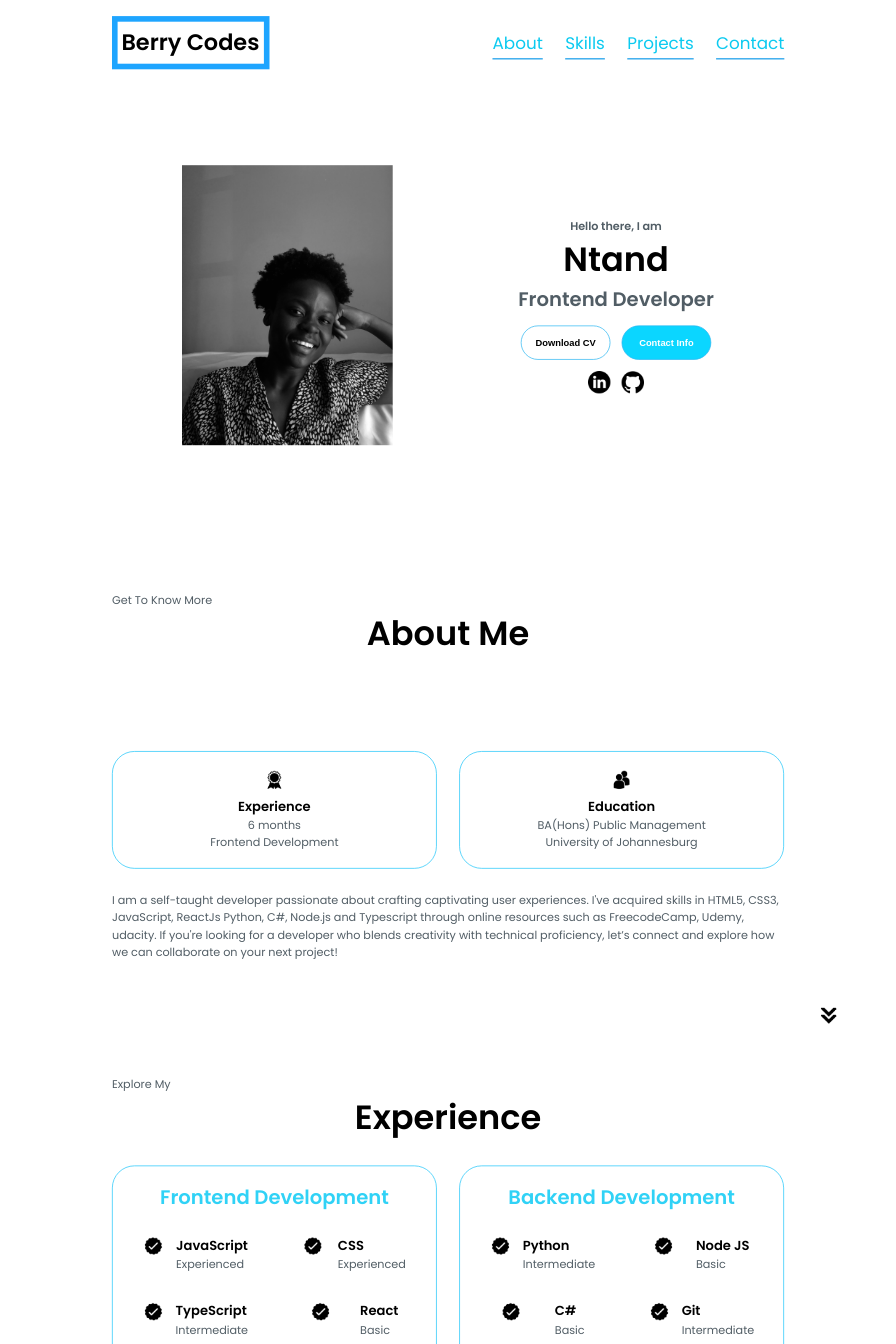
Repository: ntandomagana/FS-Dev-Portfolio
Page: index.html
The author's editor kept a copy of each file at every save. The page is drawn from the files as they stood at one save, then again after the next save.
The browser window is 1280 px wide. The pictures show the part of the page from y = 0 to 1920 px (the page is 3177 px tall), at 70% of full size.

Above is the page before, as saved 2024-05-06 11:35:22.

After the next save:
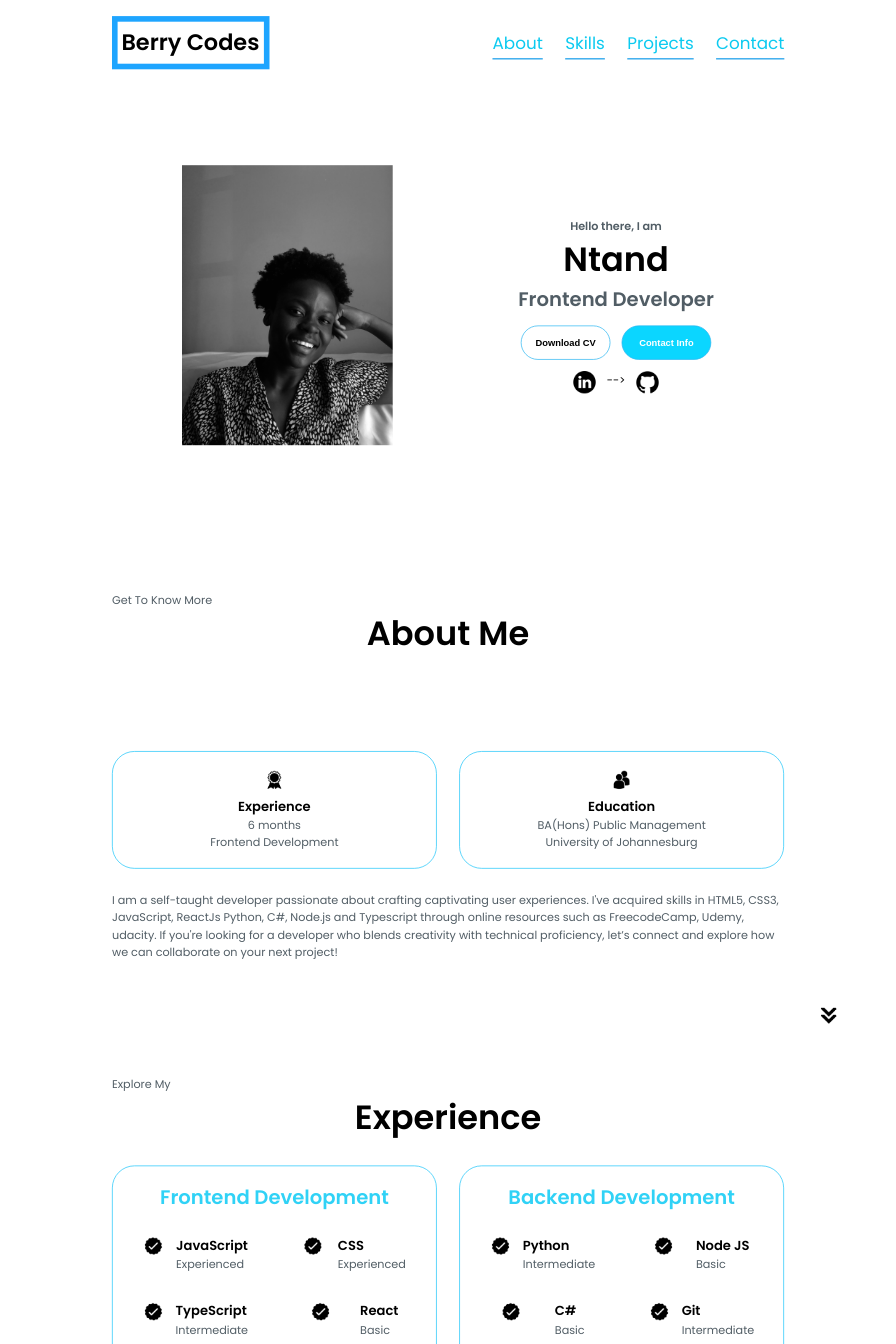
Saved 12 s later.
--- a/index.html
+++ b/index.html
@@ -71,7 +71,7 @@
             alt="My Twitter profile"
             class="icon"
             onclick="location.href='https://twitter.com/'"
-          />
+          /> -->
           <img
             src="./assets/github.png"
             alt="My Github profile"

After the save that followed:
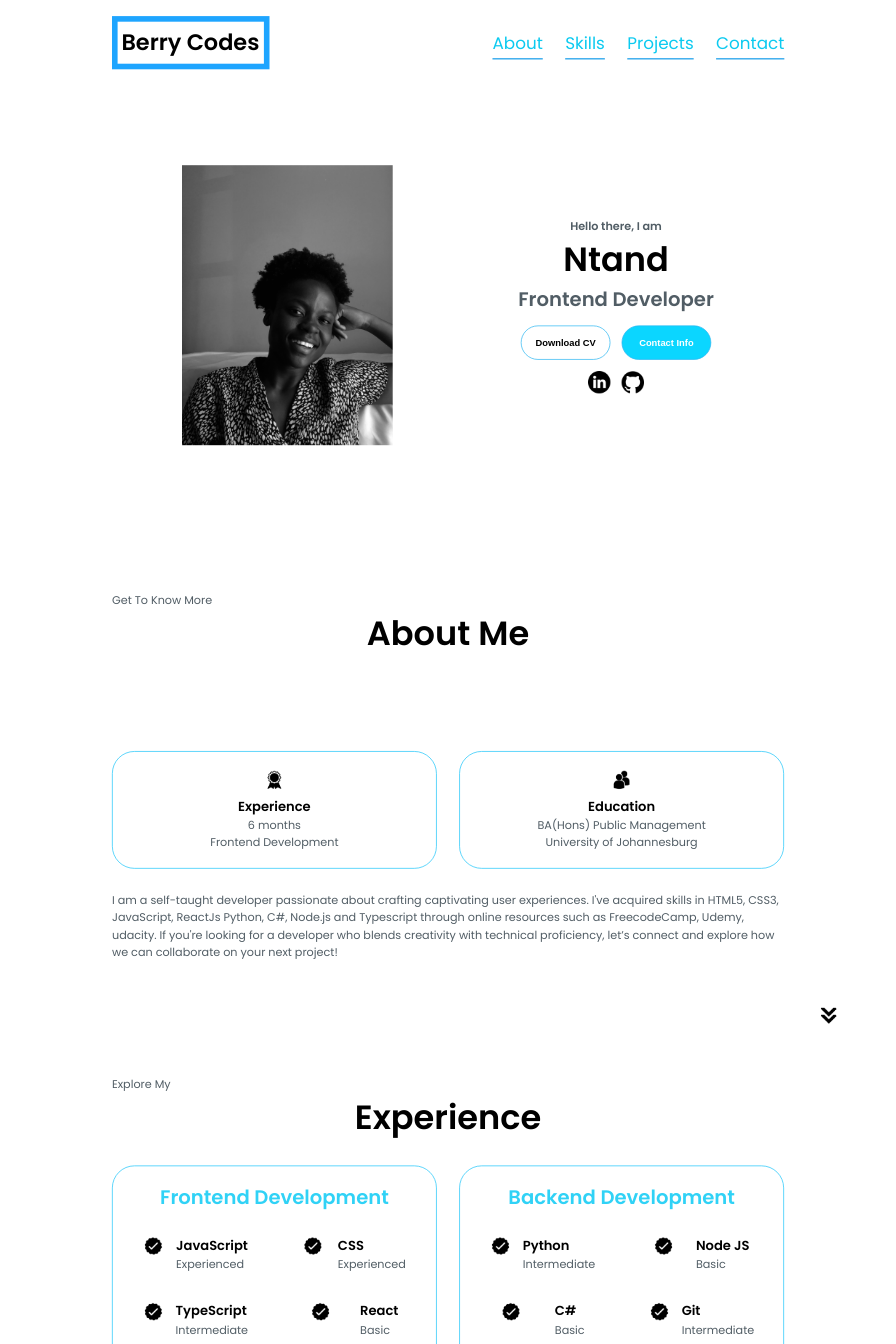
Saved 9 s later.
--- a/index.html
+++ b/index.html
@@ -64,7 +64,7 @@
             class="icon"
             onclick="location.href='https://www.linkedin.com/in/ntandoyenkosi-magana-/'"
           />
-          <! --
+          <!--
 
           <img
             src="./assets/icons8-twitterx-50.png"
